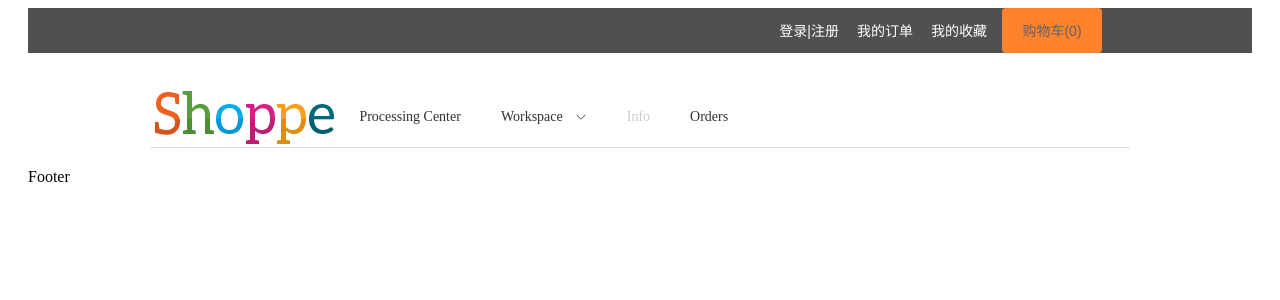
Repository: zhenghaochang/---
Page: / (app in xiaomi/)
The author's editor kept a copy of each file at every save. The page is drawn from the files as they stood at one save, then again after the next save.
The browser window is 1280 px wide. The pictures show the whole page.
The project was rebuilt for these pictures with package versions that can differ from the ones it lists, and the page was loaded fresh each time. Also part of the build but not shown: xiaomi/vite.config.js.

Above is the page before, as saved 2025-07-31 10:20:17.

### xiaomi/src/main.js
import { createApp } from 'vue';
import ElementPlus from 'element-plus';
import 'element-plus/dist/index.css';
import router from './router/router';
import App from './App.vue';
import * as ElementPlusIconsVue from '@element-plus/icons-vue';
import { createPinia } from 'pinia';
import piniaPluginPersistedstate from 'pinia-plugin-persistedstate'
const app = createApp(App);
const pinia = createPinia();
pinia.use(piniaPluginPersistedstate)
app.use(pinia);
for (const [key, component] of Object.entries(ElementPlusIconsVue)) {
    app.component(key, component);
}
app.use(router);
app.use(ElementPlus);
app.mount('#app');

### xiaomi/src/router/router.js
import {createRouter,createWebHashHistory} from 'vue-router'

let router = createRouter({
    history:createWebHashHistory(),
    routes:[
        {
            path:"/",
            component:()=>import('../components/main.vue')
        }
    ]
})

export default router

### xiaomi/src/App.vue
<script setup>
import Menu from '../src/components/menu.vue'


</script>

<template>
    <div>
        <el-container>
            <el-header class="header"><Menu></Menu></el-header>
            <el-main class="main"><router-view></router-view></el-main>
            <el-footer>Footer</el-footer>
        </el-container>
    </div>
</template>

<style scoped>
.header{
/*     background-color: blue; */
    width:100%
}
/* .main{
    background-color: blue;
    width: 100%;
    display:flex;
    flex-direction: column;
    justify-content: center;
} */
</style>

### xiaomi/src/components/main.vue
<script setup>
import logo from '../assets/img/logo.png'

</script>

<template>
    <div class="base_div">
        <div style="width:80%">
            <el-menu
                :default-active="activeIndex"
                class="el-menu-demo"
                mode="horizontal"
                @select="handleSelect"

            >
            <div>

            </div>
                <div>
                    <img style="" :src="logo" alt="">
                </div>
                <el-menu-item index="1">Processing Center</el-menu-item>
                <el-sub-menu index="2">
                <template #title>Workspace</template>
                <el-menu-item index="2-1">item one</el-menu-item>
                <el-menu-item index="2-2">item two</el-menu-item>
                <el-menu-item index="2-3">item three</el-menu-item>
                <el-sub-menu index="2-4">
                    <template #title>item four</template>
                    <el-menu-item index="2-4-1">item one</el-menu-item>
                    <el-menu-item index="2-4-2">item two</el-menu-item>
                    <el-menu-item index="2-4-3">item three</el-menu-item>
                </el-sub-menu>
                </el-sub-menu>
                <el-menu-item index="3" disabled>Info</el-menu-item>
                <el-menu-item index="4">Orders</el-menu-item>
            </el-menu>
        </div>
    </div>
</template>

<style scoped>
.base_div{
    width: 100%;
    display:flex;
    flex-direction: column;
    align-items:center;
}
</style>

### xiaomi/src/components/menu.vue
<script setup>
import {ref,reactive} from 'vue'
import request from '../request/index'
import { ElMessage } from 'element-plus'
import {useUserStore} from '../store/index'


const store = useUserStore()


const loginVisible = ref(false)
const registVisible = ref(false)

const loginForm = ref({
    username:'',
    password:''
})

const registForm = ref({
    username:'',
    password:'',
    rePassword:'',
    name:''
})

const user = ref({
    id:0,
    username:'',
    name:'',
    numInCart:0,
    token:''
})

const loginFormRef = ref()
const registFormRef = ref()

const validateUsername = (rule,value,callback)=>{
    if(value.length==0){
      callback(new Error("用户名不能为空"))
    }else{
      callback()
    }
  }

  const validatePassword = (rule,value,callback)=>{
    if(value.length<4){
      callback(new Error("密码小于4位"))
    }else{
      callback()
    }
  }

  const validateRePassword = (rule,value,callback)=>{
    if(value.length<4){
      callback(new Error("密码小于4位"))
    }else{
      if(value != registForm.value.password){
        callback(new Error("密码不一致"))
      }else{
        callback()
      }
    }
  }

  const rules = {
    username:[{required:true,message:'用户名不能为空',validator:validateUsername}],
    password:[{required:true,message:'密码必须大于4位',validator:validatePassword}],
    rePassword:[{required:true,validator:validateRePassword}]
  }


async function login(){
    const valid = await loginFormRef.value.validate
    if(valid){
        let {data} = await request.post("/user/login",loginForm.value)
        if(data.code == 200){
            ElMessage.success('登录成功')
            user.value = data.data
            store.changeInfo(user.value)
            loginVisible.value = false
        }else{
            ElMessage.error(data.msg)
        }
    }
}

async function regist(){
    const valid = await registFormRef.value.validate
    if(valid){
        let {data} = await request.post("/user/regist",registForm.value)
        if(data.code == 200){
            ElMessage.success('注册成功')
            registVisible.value = false
            loginVisible.value = true
        }else{
            ElMessage.error(data.msg)
        }
    }
}

</script>

<template>
    <div class="base_div">
        <el-button color="rgb(80,80,80)" @click="loginVisible = true" v-if="store.id==0" link>登录|注册</el-button>
        <div style="display:flex;align-items:center;margin-right:10px" v-else>
            <el-button color="rgb(80,80,80)" link>欢迎{{store.name}}</el-button>
            <el-button color="rgb(80,80,80)" @click="()=>{store.logout(),ElMessage.success('已退出')}" link>退出登录</el-button>
        </div>
        <el-button color="rgb(80,80,80)" link>我的订单</el-button>
        <el-button color="rgb(80,80,80)" link>我的收藏</el-button>
        <el-button  style="background-color:rgb(255,130, 45);margin-right:150px;width:100px"  link>购物车({{store.numInCart}})</el-button>

        <!-- 登录窗口 -->
        <el-dialog v-model="loginVisible"  title="登录" width="300">
            <el-form :model="loginForm" ref="loginFormRef" :rules="rules">
                <el-form-item label="用户名" prop="username" :label-width="70">
                    <el-input v-model="loginForm.username" autocomplete="off" />
                </el-form-item>
                <el-form-item label="密码" prop="password" :label-width="70">
                    <el-input v-model="loginForm.password" autocomplete="off" type="password" show-password />
                </el-form-item>
            </el-form>
            <template #footer>
                <div style="display:flex;justify-content:space-between;align-items:center">
                    <el-button type="warning" @click="registVisible = true">注册</el-button>
                    <div>
                        <el-button @click="loginVisible = false">取消</el-button>
                        <el-button type="primary" @click="login">
                        登录
                        </el-button>
                    </div>

                </div>
            </template>
        </el-dialog>
        <!-- 登录窗口END -->
        <!-- 注册窗口 -->
        <el-dialog v-model="registVisible"  title="注册" width="350">
            <el-form :model="registForm" ref="registFormRef" :rules="rules">
                <el-form-item label="用户名" prop="username" :label-width="80">
                    <el-input v-model="registForm.username" autocomplete="off" />
                </el-form-item>
                <el-form-item label="密码" prop="password" :label-width="80">
                    <el-input v-model="registForm.password" autocomplete="off" type="password" show-password />
                </el-form-item>
                <el-form-item label="确认密码" prop="rePassword" :label-width="80">
                    <el-input v-model="registForm.rePassword" autocomplete="off" type="password" show-password />
                </el-form-item>
                <el-form-item label="姓名"  :label-width="80">
                    <el-input v-model="registForm.name" autocomplete="off"  />
                </el-form-item>
            </el-form>
            <template #footer>
                <div style="">
                    <div>
                        <el-button @click="registVisible = false">取消</el-button>
                        <el-button type="primary" @click="regist">
                        注册
                        </el-button>
                    </div>

                </div>
            </template>
        </el-dialog>
        <!-- 注册窗口END -->
    </div>
</template>

<style scoped>
.base_div{
    background-color:rgb(80,80,80);
    width:100%;
    height:45px;
    display: flex;
    justify-content:flex-end;
}
</style>

### xiaomi/src/request/index.js
import axios from 'axios'


const request = axios.create({
    baseURL:'http://localhost:8080',
    timeout:10000
})









export default request

### xiaomi/src/store/index.js
import {defineStore} from 'pinia'

const user = {
    id:0,
    username:'',
    name:'',
    numInCart:0,
    token:''
}

export const useUserStore = defineStore('userInfo',{
    state:()=>({
        id:0,
        username:'',
        name:'',
        numInCart:0,
        token:''
    }),
    getters:{},
    actions:{
        changeInfo(user){
            this.id = user.id,
            this.username = user.username,
            this.name = user.name,
            this.numInCart = user.numInCart,
            this.token = user.token
        },
        logout(){
            this.id = 0,
            this.username = '',
            this.name = '',
            this.numInCart = 0,
            this.token = ''
        }
    },
    persist: true
}
)

Loaded but not shown: xiaomi/index.html (common file)

After the next save:
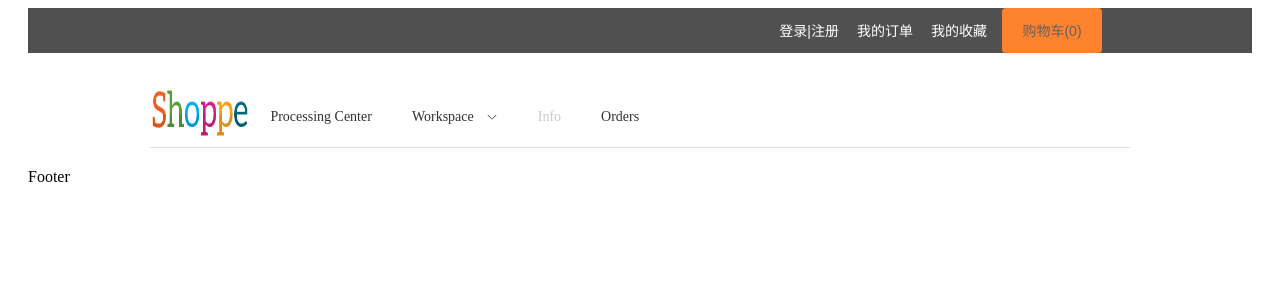
Saved 9 s later.
--- a/xiaomi/src/components/main.vue
+++ b/xiaomi/src/components/main.vue
@@ -17,7 +17,7 @@ import logo from '../assets/img/logo.png'
 
             </div>
                 <div>
-                    <img style="" :src="logo" alt="">
+                    <img style="width:100px;height:50px" :src="logo" alt="">
                 </div>
                 <el-menu-item index="1">Processing Center</el-menu-item>
                 <el-sub-menu index="2">
